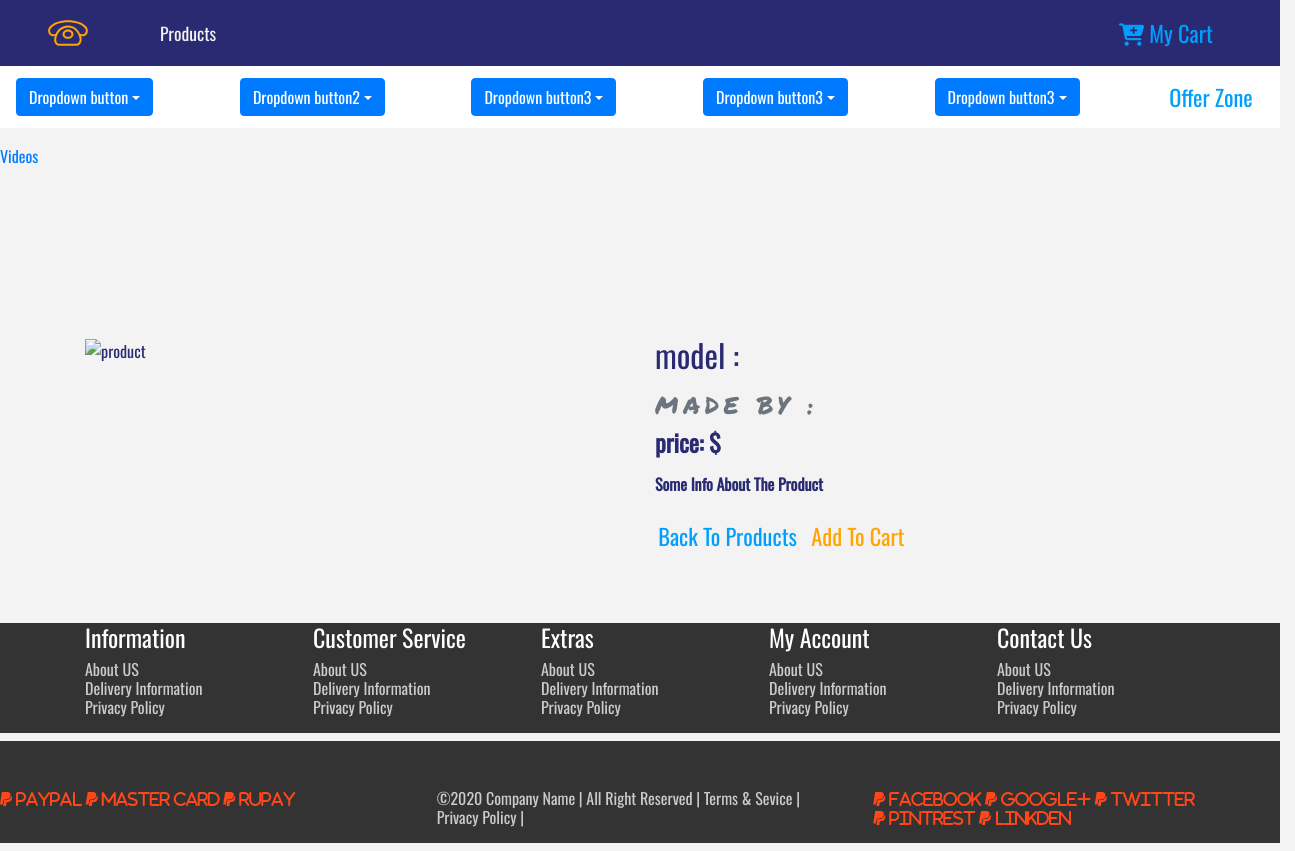
Repository: aditya1068/Online-Store
Page: /details
The author's editor kept a copy of each file at every save. The page is drawn from the files as they stood at one save, then again after the next save.
The browser window is 1280 px wide. The page is 1295 px wide, so the pictures cover 1295 px, including what lies to the right of the window. The pictures show the whole page.
Some web libraries are served in a nearby version. The project was rebuilt for these pictures with package versions that can differ from the ones it lists, and the page was loaded fresh each time. Also part of the build but not shown: src/components/Videos.js, src/components/Products.js, src/components/Title.js, src/components/ProductsList.js, src/components/Cart.js, src/components/Default.js, src/components/Slider.js.

Above is the page before, as saved 2020-04-14 20:25:07.

After the next save:
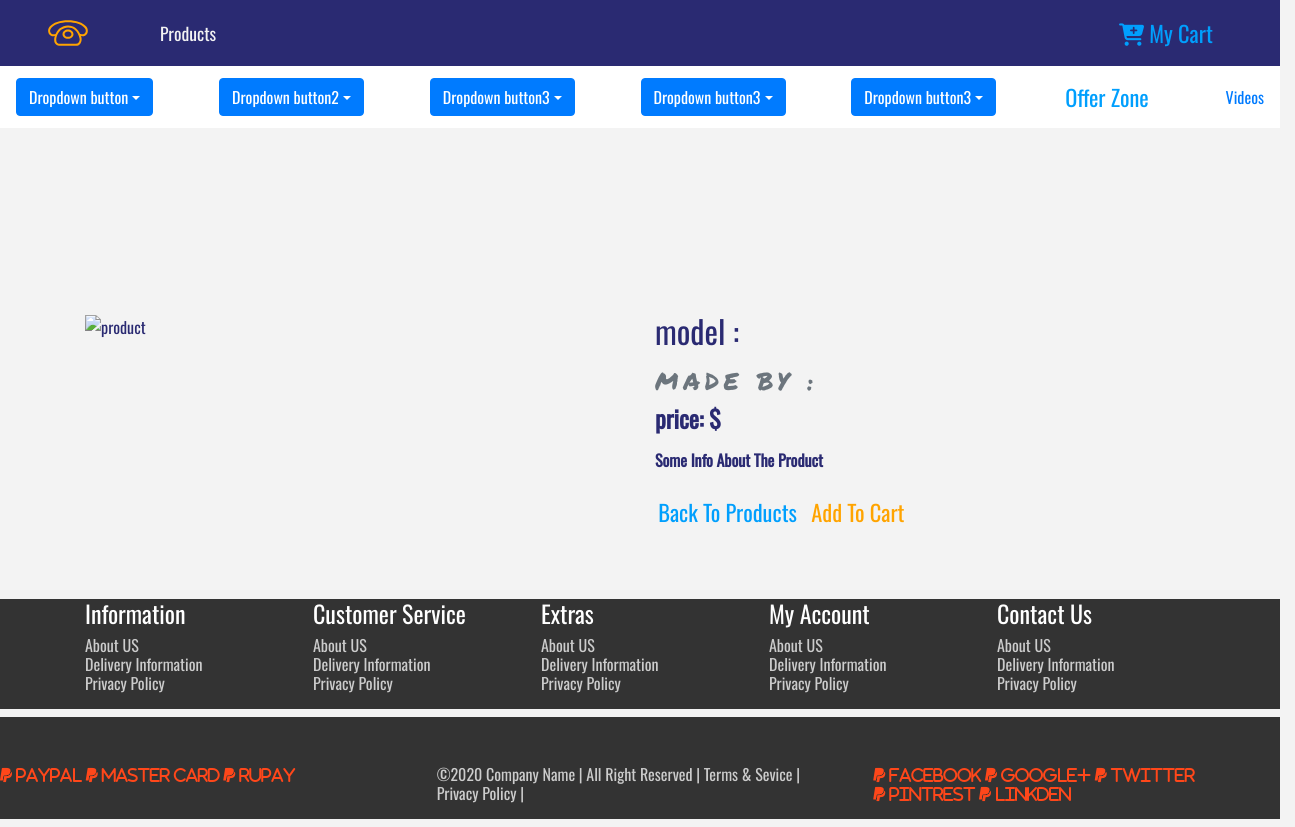
Saved 2 min 44 s later.
--- a/src/components/Navbar1.js
+++ b/src/components/Navbar1.js
@@ -49,13 +49,13 @@ export default class Navbar1 extends Component {
 
 
    <ButtonContainer to= "/" className= "nav-link"> Offer Zone </ButtonContainer>
-
+   <Link to ="/videos">Videos</Link>
 
 
 
 
    </Dropdown>
-   <Link to ="/videos">Videos</Link>
+
    <Route path ="/videos" exact component ={
               () => (<Videos></Videos>)
             } />
